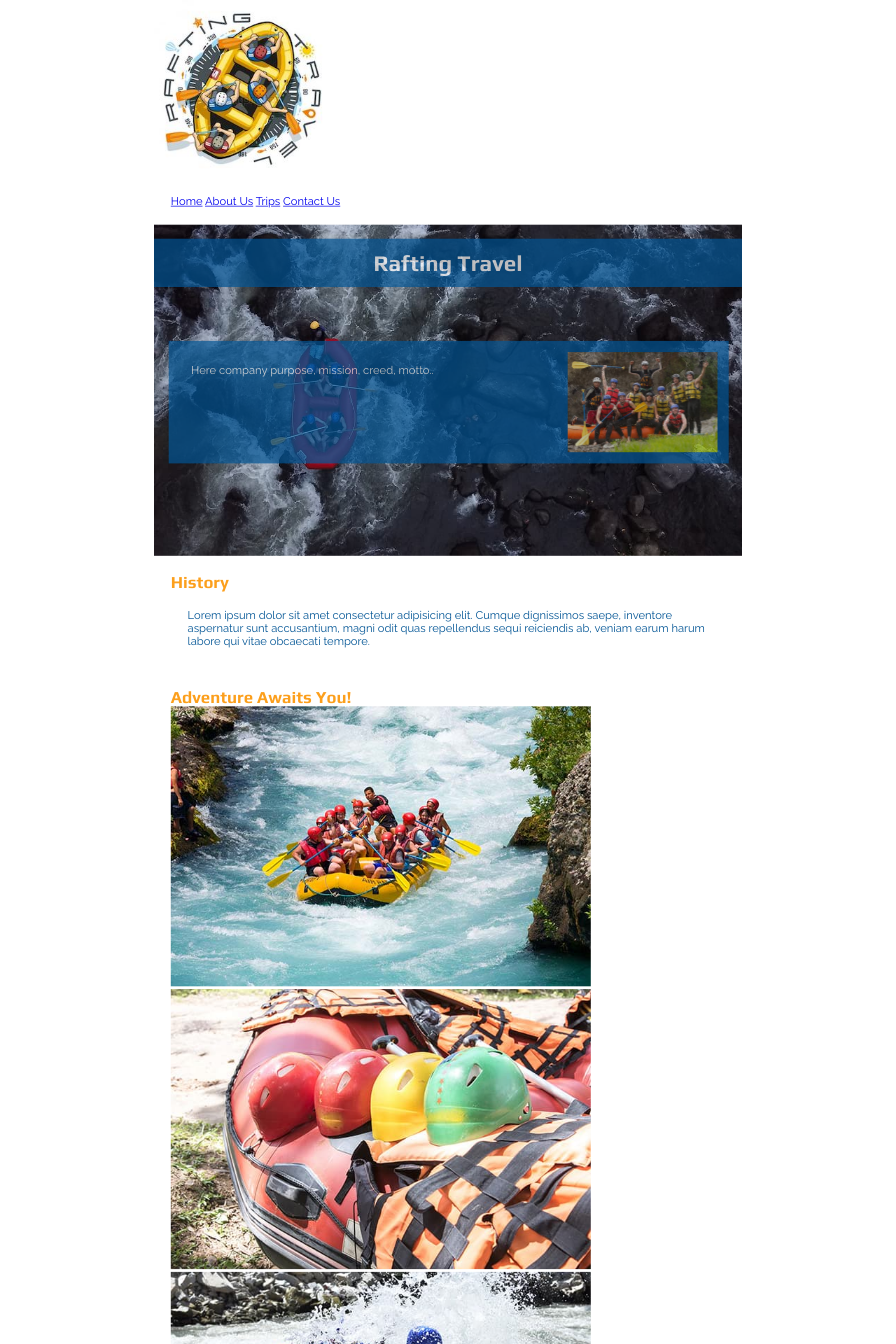
Repository: isaAJ05/wdd130
Page: wwr/about.html
An editor plug-in stored every save of this project. The page is shown before and after the next save, followed by the edit.
The browser window is 1280 px wide. The pictures show the part of the page from y = 0 to 1920 px (the page is 3666 px tall), at 70% of full size.

Above is the page before, as saved 2025-05-26 16:52:56.

After the next save:
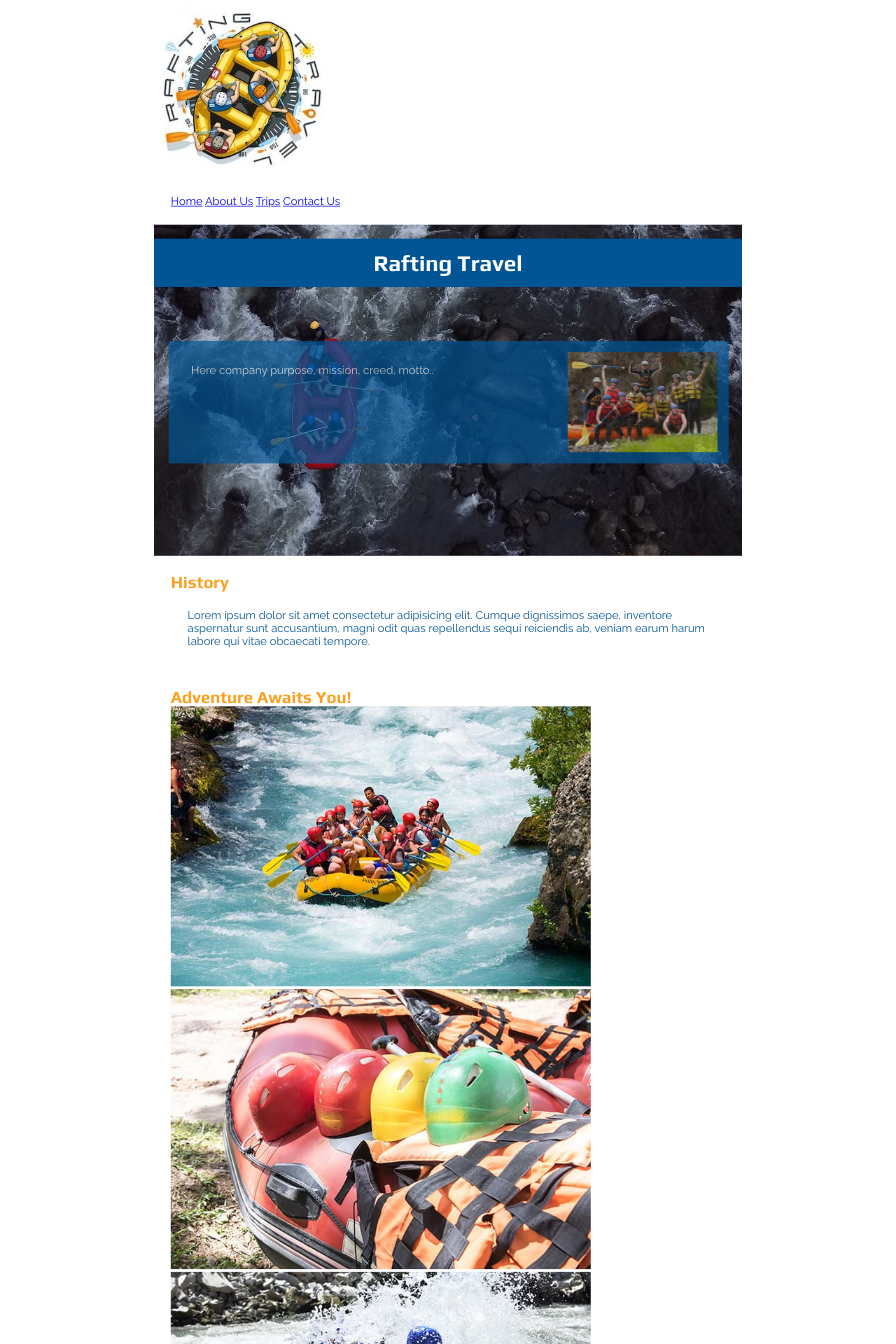
Saved 46 s later.
--- a/wwr/styles/rafting.css
+++ b/wwr/styles/rafting.css
@@ -53,7 +53,7 @@ h1{
     width: 100%;
     padding: 16px;
     text-align: center;
-    opacity: 0.7;
+
     background-color: var(--accent1-color);
     color: rgba(255, 255, 255, 18);
 

After the save that followed:
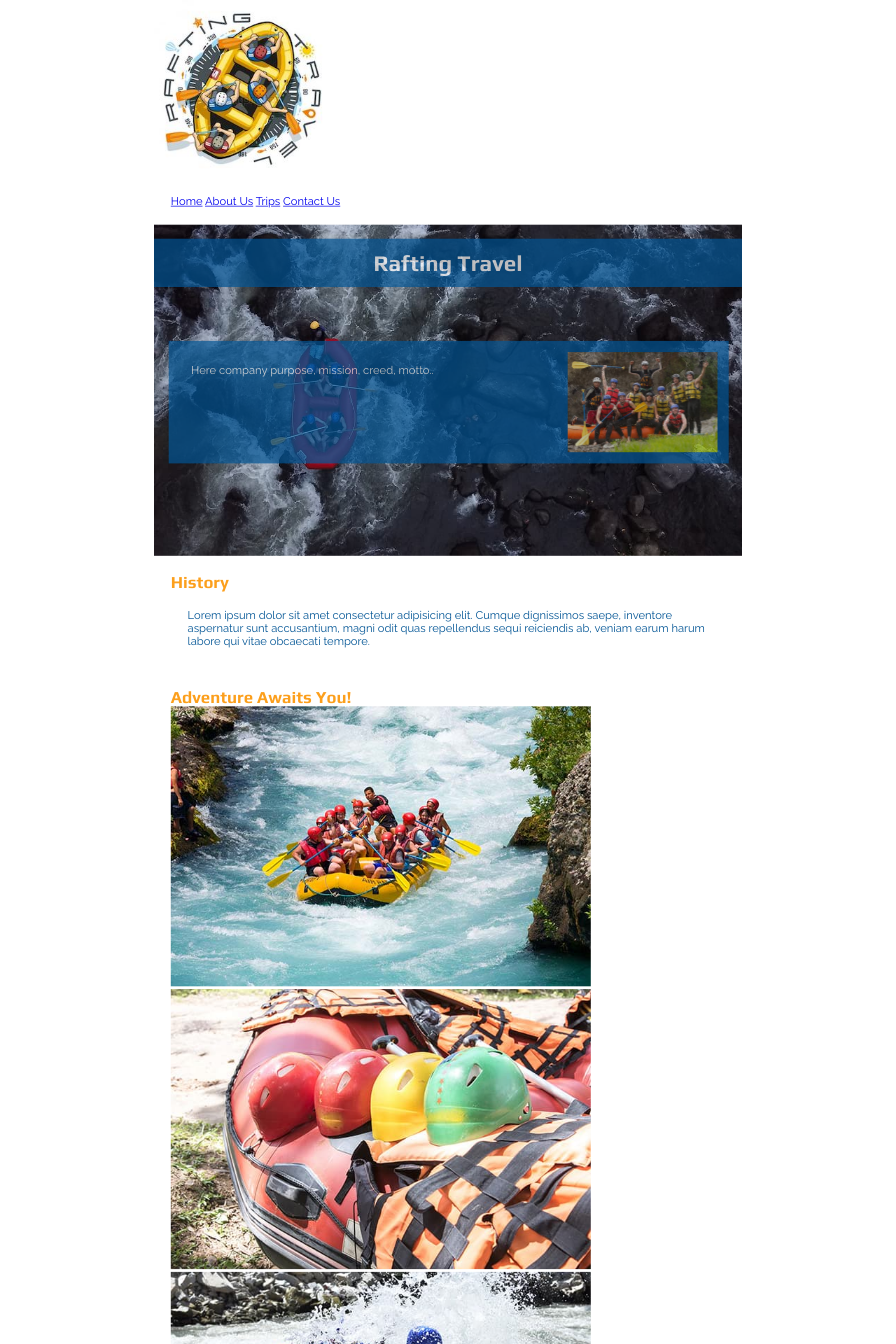
Saved 6 s later.
--- a/wwr/styles/rafting.css
+++ b/wwr/styles/rafting.css
@@ -53,7 +53,7 @@ h1{
     width: 100%;
     padding: 16px;
     text-align: center;
-
+    opacity: 0.7;
     background-color: var(--accent1-color);
     color: rgba(255, 255, 255, 18);
 
